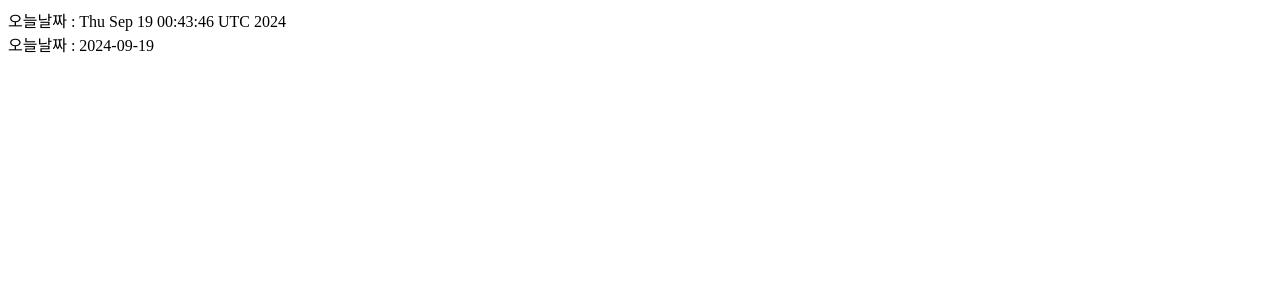
Repository: sxxzxn/JSP
Page: http://localhost/Test/Test2.jsp
The author's editor kept a copy of each file at every save. The page is drawn from the files as they stood at one save, then again after the next save.
The browser window is 1280 px wide. The pictures show the whole page.
The page is served by Tomcat 10.

Above is the page before, as saved 2024-09-19 06:47:01.

After the next save:
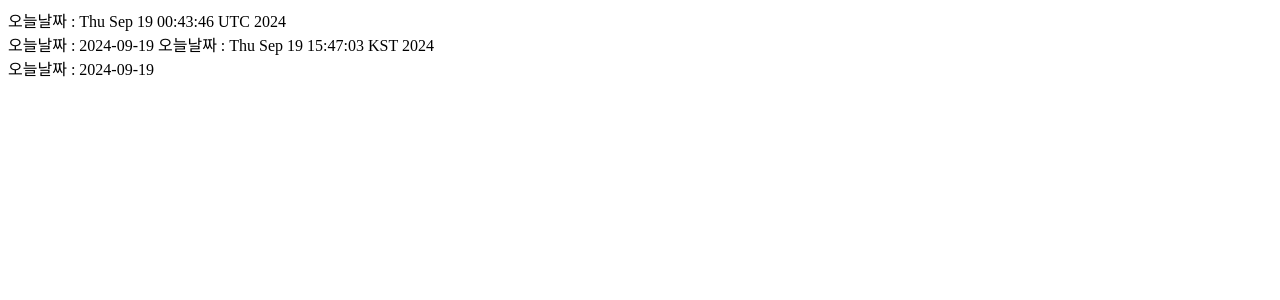
Saved 22 s later.
--- a/Test/src/main/webapp/Test2.jsp
+++ b/Test/src/main/webapp/Test2.jsp
@@ -16,6 +16,8 @@ String today2 = dateFormat.format(today);
 out.println("오늘날짜 : "+ today+"</br>");
 out.println("오늘날짜 : "+ today2);
 %>
+오늘날짜 : Thu Sep 19 15:47:03 KST 2024</br>
+오늘날짜 : 2024-09-19
 
 </body>
 </html>
